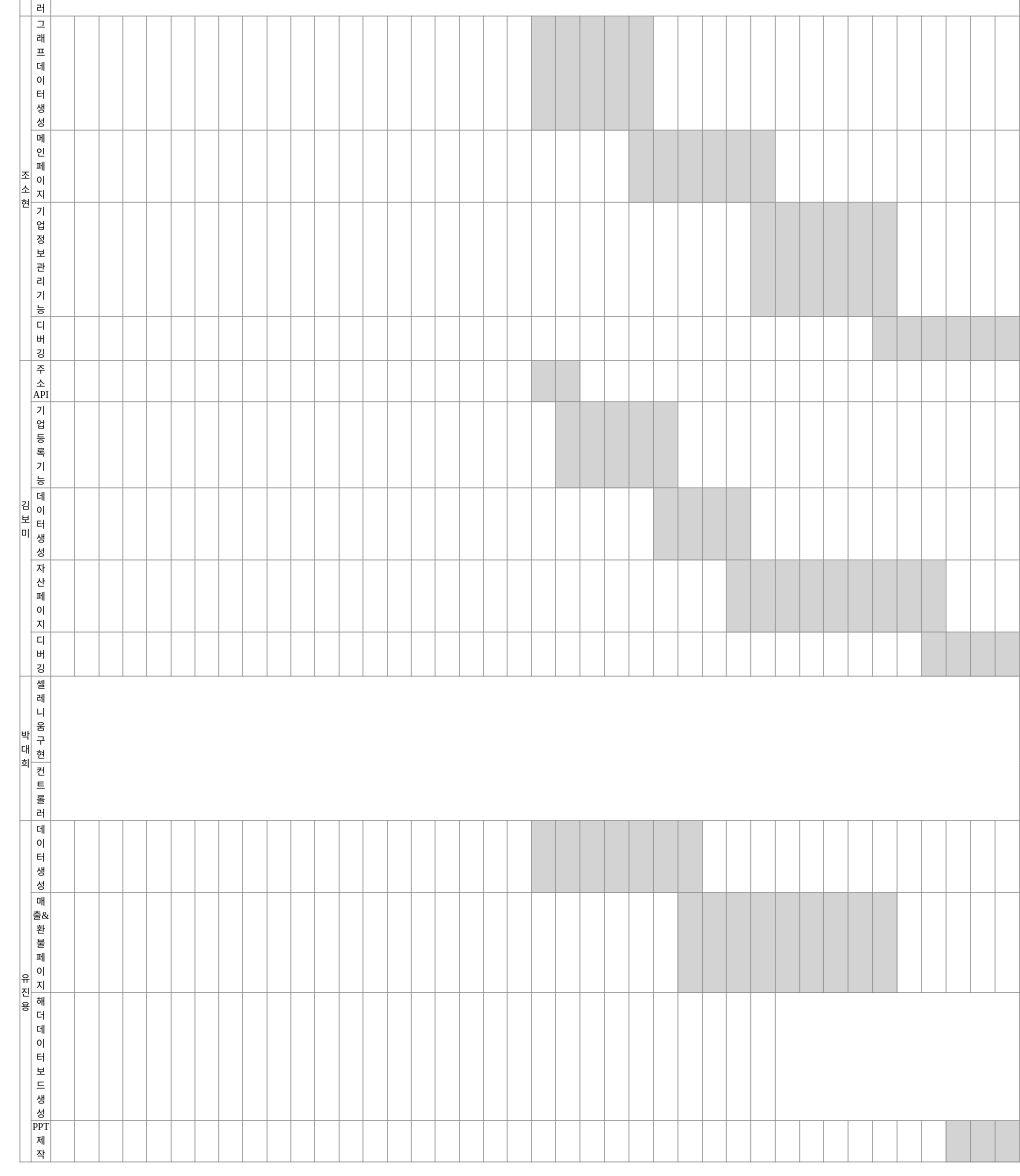
Repository: JEON-KIHO/finalProject
Page: http://localhost/ERP/WEB-INF/views/schedule.jsp
An editor plug-in stored every save of this project. The page is shown before and after the next save, followed by the edit.
The browser window is 1280 px wide. The page is 1457 px wide, so the pictures cover 1457 px, including what lies to the right of the window. The pictures show the part of the page from y = 1529 to 3209 px (the page is 3209 px tall), at 70% of full size.
The page is served by Tomcat 9. Nobody is signed in. The template is opened directly, without the code that normally fills it, so the values that code supplies are empty.

Above is the page before, as saved 2020-12-24 05:47:58.

After the next save:
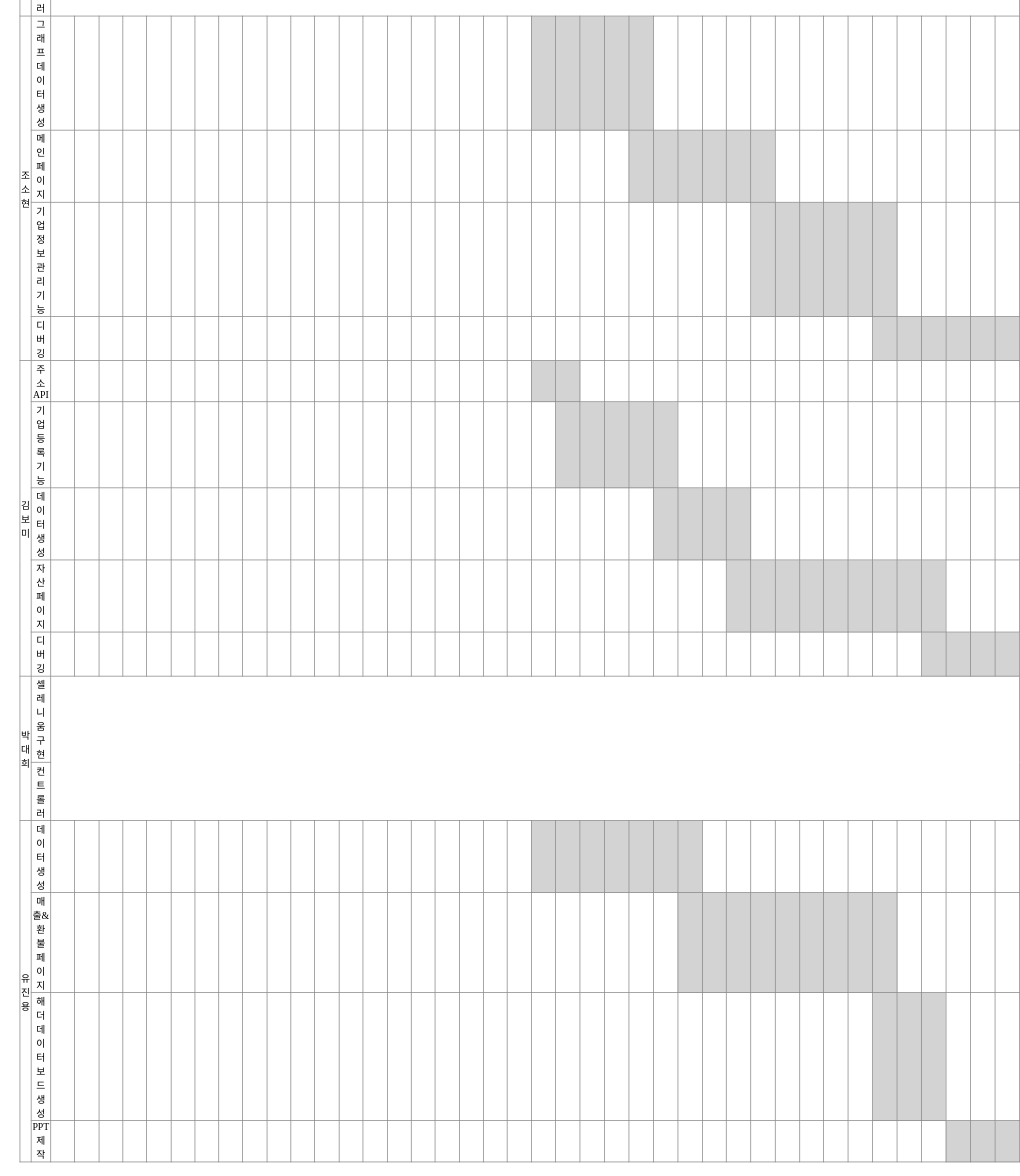
Saved 25 s later.
--- a/ERP/src/main/webapp/WEB-INF/views/schedule.jsp
+++ b/ERP/src/main/webapp/WEB-INF/views/schedule.jsp
@@ -225,7 +225,9 @@
 	<td class="white"></td><td class="white"></td><td class="white"></td><td class="white"></td><td class="white"></td>
 	<td class="white"></td><td class="white"></td><td class="white"></td><td class="white"></td><td class="white"></td>
 	<td class="white"></td><td class="white"></td><td class="white"></td><td class="white"></td><td class="white"></td>
-	<td class="white"></td><td class="white"></td><td class="white"></td><td class="white"></td><td class="white"></td></tr>
+	<td class="white"></td><td class="white"></td><td class="white"></td><td class="white"></td><td class="white"></td>
+	<td class="white"></td><td class="white"></td><td class="white"></td><td class="white"></td><td class="black"></td>
+	<td class="black"></td><td class="black"></td><td class="white"></td><td class="white"></td><td class="white"></td></tr>
 
 	<tr><td>PPT 제작</td><td class="white"></td><td class="white"></td><td class="white"></td><td class="white"></td><td class="white"></td>
 	<td class="white"></td><td class="white"></td><td class="white"></td><td class="white"></td><td class="white"></td>
